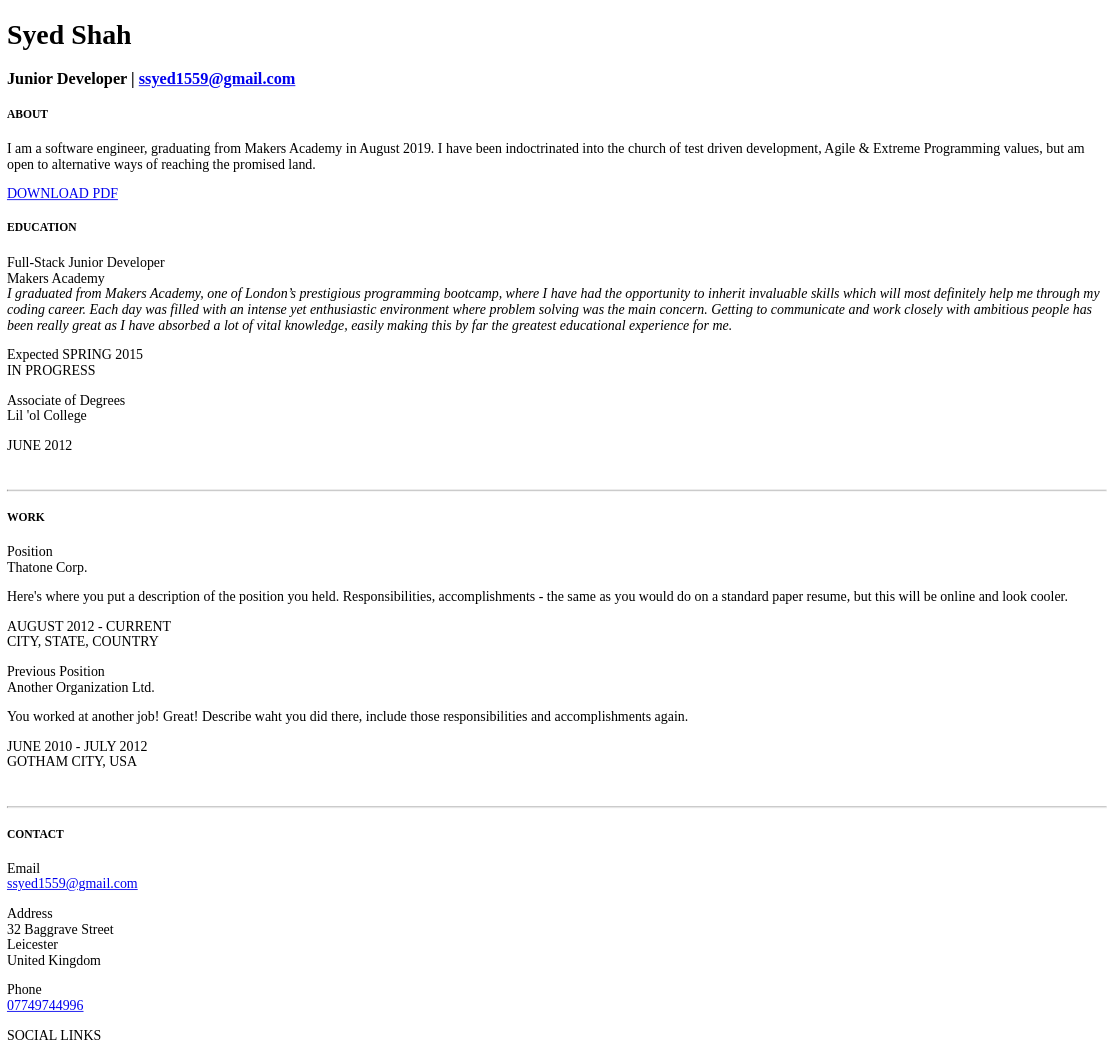
Repository: Syed-A-Shah/Resume
Page: index.html
The author's editor kept a record of every edit. The page is drawn from the files as they stood at one moment, then again after the next edit.
The browser window is 1280 px wide. The pictures show the whole page, at 87% of full size.

Above is the page before.

### index.html
<!DOCTYPE html>
<html lang="en">
 <head>
   <title>Resume</title>
 </head>
 <body>



   <div class="header" id="headerwrap">
     <div class="container">
       <div class="row centered">
         <div class="col-lg-12">
           <h1>Syed Shah</h1>
           <h3>Junior Developer |
            <a href="mailto:ssyed1559@gmail.com">ssyed1559@gmail.com</a>
           </h3>
         </div><!--/.col-lg-12-->
       </div><!--/.row-->
     </div><!--/.container-->
   </div><!--/.#headerwrap-->

    <section id="about" name="about"></section>
    	<!-- ABOUT ME SECTION -->
     <div class="about">
       <div class="container">
         <div class="row">
           <div class="col-lg-2 col-lg-offset-1">
             <h5>ABOUT</h5>
           </div>
           <div class="col-lg-6">
    <p>I am a software engineer, graduating from Makers Academy in August 2019. I have been indoctrinated into the church of test driven development, Agile & Extreme Programming values, but am open to alternative ways of reaching the promised land.</p>
    </div>
           <div class="col-lg-3">
             <p><a href="CV.pdf"><i class="icon-file"></i> <sm>DOWNLOAD PDF</sm></a></p>
           </div>

         </div><!--/.row-->
       </div><!--/.container-->
     </div><!--/ #intro-->

 <section id="resume" name="resume"></section>
	<!-- EDUCATION SECTION -->
	<div class="container desc">
		<div class="row">

				<div class="col-lg-2 col-lg-offset-1">
					<h5>EDUCATION</h5>
				</div>
				<!-- EDIT: education line 1 -->
				<div class="col-lg-6">
					<p><t>Full-Stack Junior Developer</t><br/>
						Makers Academy
						<br/><i>I graduated from Makers Academy, one of London’s prestigious programming bootcamp,
where I have had the opportunity to inherit invaluable skills which will most definitely help me
through my coding career. Each day was filled with an intense yet enthusiastic environment
where problem solving was the main concern. Getting to communicate and work closely with
ambitious people has been really great as I have absorbed a lot of vital knowledge, easily
making this by far the greatest educational experience for me.</i>
					</p>
				</div>
				<div class="col-lg-3">
					<p><sm>Expected SPRING 2015</sm><br/>
					<imp><sm>IN PROGRESS</sm></imp>
					</p>
				</div>

				<!-- EDIT: education line 2 -->
				<div class="col-lg-6 col-lg-offset-3">
					<p><t>Associate of Degrees </t><br/>
						 Lil 'ol College
						<!--<br/><i>Extra info here</i>-->
					</p>
				</div>
				<div class="col-lg-3">
					<p><sm>JUNE 2012</sm></p>
				</div>

		</div><!--/.row -->
		<br>
		<hr>
	</div><!--/.container -->

	<!-- WORK SECTION -->
	<div class="container desc">
		<div class="row">

				<div class="col-lg-2 col-lg-offset-1">
					<h5>WORK</h5>
				</div>
				<!-- EDIT: work line 1 -->
				<div class="col-lg-6">
					<p class="tight"><t>Position </t><br/>
						Thatone Corp. <br/>
					</p>
					<p><more>Here's where you put a description of the position you held. Responsibilities, accomplishments - the same as you would do on a standard paper resume, but this will be online and look cooler.</more></p>
				</div>
				<div class="col-lg-3">
					<p><sm>AUGUST 2012 - CURRENT <br />
					CITY, STATE, COUNTRY</sm></p>
				</div>

				<!-- EDIT: work line 2-->
				<div class="col-lg-6 col-lg-offset-3">
					<p class="tight"><t>Previous Position</t><br/>
						Another Organization Ltd. <br/>
					</p>
					<p><more>You worked at another job! Great! Describe waht you did there, include those responsibilities and accomplishments again.</more></p>
				</div>
				<div class="col-lg-3">
					<p><sm>JUNE 2010 - JULY 2012 <br />
					GOTHAM CITY, USA</sm></p>
				</div>
		</div><!--/.row -->
		<br>
		<hr>
	</div><!--/.container -->

	<section id="contact" name="contact"></section>
		<!--FOOTER DESCRIPTION -->
		<div id="footwrap" class="footer">
			<div class="container">
				<div class="row">

					<div class="col-lg-2 col-lg-offset-1">
						<h5>CONTACT</h5>
					</div>
					<!-- EDIT: email -->
					<div class="col-lg-6">
						<p><t>Email</t><br/>
							<a href="mailto:ssyed1559@gmail.com" class="mail">ssyed1559@gmail.com</a> <br/>
						</p>
						<!-- EDIT: address -->
						<p><t>Address</t><br/>
							32 Baggrave Street <br/>
							Leicester<br/>
							United Kingdom<br/>
						</p>
						<!-- EDIT: phone number -->
						<p><t>Phone</t><br/>
							<a href="tel:07749744996" class="tel">07749744996</a> <br/>
						</p>
					</div>
					<div class="col-lg-3">
						<p><sm>SOCIAL LINKS</sm></p>
						<p>
							<a href="https://github.com/Syed-A-Shah"><i class="icon-github"></i></a>
							<a href="https://www.linkedin.com/in/syed-shah-033637193/"><i class="icon-linkedin"></i></a>

						</p>
					</div>
				</div><!--/.row -->
			</div><!--/.container -->
		</div><!--/ #footer -->

</body>
</html>

After the next edit:
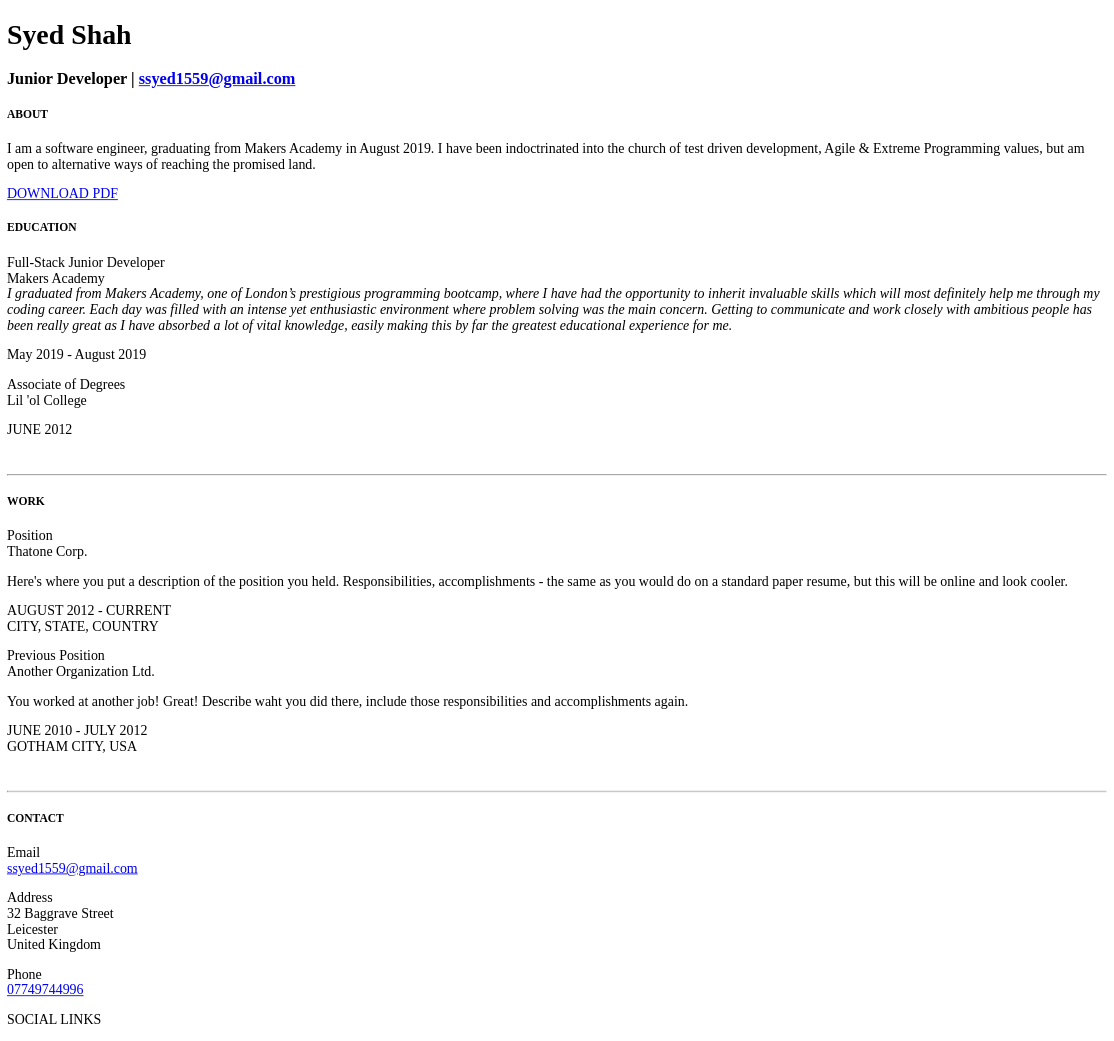
The edit:
--- a/index.html
+++ b/index.html
@@ -60,8 +60,7 @@
 					</p>
 				</div>
 				<div class="col-lg-3">
-					<p><sm>Expected SPRING 2015</sm><br/>
-					<imp><sm>IN PROGRESS</sm></imp>
+					<p><sm>May 2019 - August 2019</sm><br/>
 					</p>
 				</div>
 
